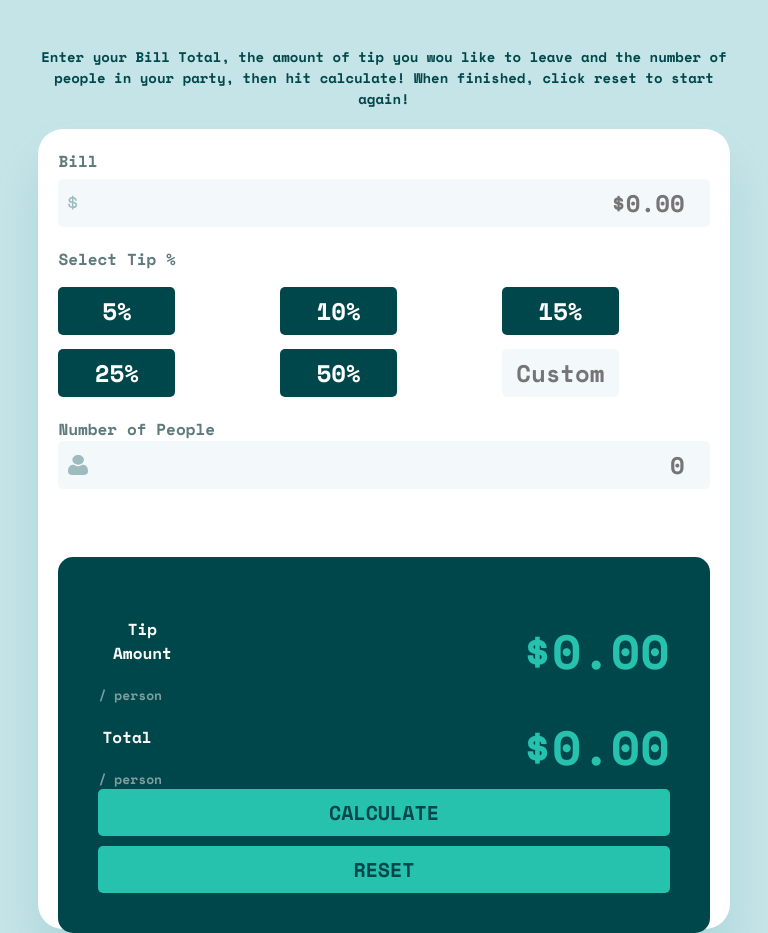
Repository: brandontaylor1/splitter
Page: index.html
An editor plug-in stored every save of this project. The page is shown before and after a run of saves, followed by the edit.
The browser window is 768 px wide. The pictures show the whole page.

Above is the page before, as saved 2025-02-07 14:14:59.

### index.html
<!DOCTYPE html>
<html lang="en">
<head>
    <meta charset="UTF-8">
    <meta name="viewport" content="width=device-width, initial-scale=1.0">
    <link rel="preconnect" href="https://fonts.googleapis.com">
    <link rel="preconnect" href="https://fonts.gstatic.com" crossorigin>
    <link href="https://fonts.googleapis.com/css2?family=Space+Mono:ital,wght@0,400;0,700;1,400;1,700&display=swap" rel="stylesheet">
    <link rel="stylesheet" href="styles.css">
    <title>Splitter | Tip Calculator</title>
</head>
<body>
    <img src="./assets/images/logo.svg" id="logo-image" alt="logo image">
    <h1 class="error-message" id="form-error"></h1>
    <h3>Enter your Bill Total, the amount of tip you wou like to leave and the number of people in your party, then hit calculate! When finished, click reset to start again!</h3>
    <main class="container">
        <form>
            <div class="left-column">
                <div class="bill-input">
                    <div class="bill-titles">
                        <h2>Bill</h2>
                        <p class="error-message" id="bill-error"></p>
                    </div>
                    <div class="bill-input-with-icon">
                        <input type="number" min="0.00" max="10000.00" id="bill-input" placeholder="$0.00">
                    </div>
                </div>
                <div class="tip-input">
                    <div class="tip-titles">
                        <h2 id="select-tip-title">Select Tip %</h2>
                        <p class="error-message" id="tip-error"></p>
                    </div>
                    <div class="tip-buttons">
                        <button type="button" class="tip-button" value=".05">5%</button>
                        <button type="button" class="tip-button" value=".10">10%</button>
                        <button type="button" class="tip-button" value=".15">15%</button>
                        <button type="button" class="tip-button" value=".25">25%</button>
                        <button type="button" class="tip-button" value=".50">50%</button>
                        <input type="text" id="custom-tip" placeholder="Custom">
                    </div>
                </div>
                <div class="number-of-people-input">
                    <div class="people-titles">
                        <h2 id="number-of-people-title">Number of People</h2>
                        <p class="error-message" id="people-error"></p>
                    </div>
                    <div class="person-input-with-icon">
                        <input type="number" id="number-of-people-input" placeholder="0">
                    </div>
                </div>
            </div>
        </form>
        <div class="right-column">
                <div class="info-container">
                    <div class="tip-calculations">
                        <div class="tip-amount">
                            <div class="info">
                                <h3>Tip Amount</h3>
                                <p>/ person</p>
                            </div>
                            <div class="amount">
                                <h1 id="tip-amount">$0.00</h1>
                            </div>
                        </div>
                        <div class="total">
                            <div class="info">
                                <h3>Total</h3>
                                <p>/ person</p>
                            </div>
                            <div class="amount">
                                <h1 id="total-amount">$0.00</h1>
                            </div>
                        </div>
                    </div>
                    <div class="button-container">
                        <button type="button" id="calculate-button">
                            CALCULATE
                        </button>
                        <button type="button" id="reset-button">
                            RESET
                        </button>
                    </div>
        </div>
    </main>

    <script src="index.js"></script>
</body>
</html>

### styles.css
* {
    box-sizing: border-box;
    margin: 0;
    padding: 0;
}

:root {
    --background-color: #C5E4E7;
    --input-button-color: #00474B;
    --primary-white: #fff;
    --calculated-numbers-color: #26C2AE;
    --input-title-color: #5E7A7D;
    --input-background-color: #F3F9FA;
    --input-icon-color: #9EBBBD;
    --title-text-color: #3D6666;
    --custom-input-color: #547878;
}

/* UTILITY CLASSES */
.space-mono-regular {
    font-family: "Space Mono", serif;
    font-weight: 400;
    font-style: normal;
  }

  .space-mono-bold {
    font-family: "Space Mono", serif;
    font-weight: 700;
    font-style: normal;
  }

  .space-mono-regular-italic {
    font-family: "Space Mono", serif;
    font-weight: 400;
    font-style: italic;
  }

  .space-mono-bold-italic {
    font-family: "Space Mono", serif;
    font-weight: 700;
    font-style: italic;
  }


body {
    background-color: #C5E4E7;
    height: 100vh;
    width: 100%;
    display: flex;
    flex-direction: column;
    justify-content: center;
    align-items: center;
    font-family: "Space Mono", monospace;
}

#logo-image {
    margin: 50px 0;
}

h3 {
    width: 70%;
    text-align: center;
    color: #00474B;
    font-size: 16px;
    font-weight: 700;
    margin: 20px 0;
}

.container {
    background-color: var(--primary-white);
    width: 920px;
    height: 481px;
    border-radius: 25px;
    box-shadow: 0px 32px 43px 0px rgba(79, 166, 175, 0.20);
    display: grid;
    gap: 48px;
    grid-template-columns: 1fr 1fr;
    padding: 32px;
}

.left-column {
    display: flex;
    flex-direction: column;
    justify-content: space-between;
    width: 100%;
    height: 100%;
}

.right-column {
    grid-column: 2 / 3;
    width: 100%;
    height: 100%;
    border-radius: 15px;
    background-color: var(--input-text-color);
}

input {
    height: 48px;
    width: 100%;
    padding: 10px;
    display: flex;
    flex-direction: row;
    justify-content: space-between;
    background-color: var(--input-background-color);
    border: none;
    border-radius: 5px;
    margin-bottom: 20px;
}

.person-input-with-icon input{
    width: 100%;
    font-family: "Space Mono", monospace;
    font-size: 24px;
    color: #00474B;
    font-weight: 600;
    background-image: url("./assets/images/icon-person.svg");
    background-repeat: no-repeat;
    background-position: 10px center;
    background-size: 20px 20px;
    text-align: right;
}

#bill-input {
    width: 100%;
    font-family: "Space Mono", monospace;
    font-size: 24px;
    font-weight: 600;
}

#number-of-people-input {
    width: 100%;
    font-family: "Space Mono", monospace;
    font-size: 24px;
    color: #00474B;
    font-weight: 600;
}

.bill-input-with-icon input {
    width: 100%;
    font-family: "Space Mono", monospace;
    font-size: 24px;
    color: #00474B;
    font-weight: 600;
    background-image: url("./assets/images/icon-dollar.svg");
    background-repeat: no-repeat;
    background-position: 10px center;
    background-size: auto 15px;
    text-align: right;
}

.bill-input h2 {
    font-size: 16px;
    color: var(--input-title-color);
    margin-bottom: 6px;
}

.tip-buttons {
    display: grid;
    grid-template-columns: repeat(3, 1fr);
    grid-template-rows: auto;
    gap: 14px;
}

#select-tip-title {
    color: #5E7A7D;
    font-size: 16px;
    margin-bottom: 16px;
}

.tip-button {
    width: 117px;
    height: 48px;
    flex-shrink: 0;
    border: none;
    border-radius: 5px;
    background-color: #00474B;
    color: var(--primary-white);
    font-family: "Space Mono", monospace;
    font-size: 24px;
    font-weight: 600;
}


.tip-button:hover {
    background-color: #26C2AE;
    color: #00474B;
}

.active {
    background-color: #26C2AE;
    color: #00474B;
}

.disabled {
    background-color: #00474B;
    color: #5E7A7D;
    opacity: .5;
}

#custom-tip {
    width: 117px;
    height: 48px;
    flex-shrink: 0;
    text-align: center;
    font-size: 24px;
    font-weight: 600;
    font-family: "Space Mono", monospace;
}


#number-of-people-title {
    color: #5E7A7D;
    font-size: 16px;
}


.right-column {
    background-color: #00474B;
    padding: 40px;
    display: flex;
    flex-direction: column;
    justify-content: space-between;
}

.info-container {
    display: flex;
    flex-direction: column;
    justify-content: space-between;
    height: 100%;

}

.tip-amount, .total {
    display: flex;
    flex-direction: row;
    justify-content: space-between;
    align-items: center;
    color: var(--primary-white);
}

.amount {
    color: #26C2AE;
    font-size: 24px;
    font-family: "Space Mono", monospace;
}

.info h3 {
    font-size: 16px;
    color: var(--primary-white);
}

.info p {
    font-size: 13px;
    color: #7F9D9F;
    font-family: "Space Mono", monospace;
    font-weight: 700;
}

.button-container {
    display: flex;
    flex-direction: column;


}

#calculate-button   {
    padding: 9px 40px;
    text-align: center;
    border: none;
    cursor: pointer;
    background-color: #26C2AE;
    color: #00474B;
    border-radius: 5px;
    font-size: 20px;
    font-weight: 600;
    font-family: "Space Mono", monospace;
    margin-bottom: 10px;
}

#reset-button {
    padding: 9px 40px;
    text-align: center;
    border: none;
    cursor: pointer;
    background-color: #26C2AE;
    color: #00474B;
    border-radius: 5px;
    font-size: 20px;
    font-weight: 600;
    font-family: "Space Mono", monospace;
}

.error-message {
    color: red;
    font-size: 10px;
}

.bill-titles, .people-titles, .tip-titles {
    display: flex;
    flex-direction: row;
    justify-content: space-between;
    align-items: center;
}

#form-error {
    font-size: 18px;
}

@media screen and (max-width: 852px) {

    h3 {
        width: 90%;
        text-align: center;
        color: #00474B;
        font-size: 14px;
        font-weight: 700;
        margin: 20px 0;
    }

    .container {
        width: 90%;
        height: 100%;
        display: flex;
        flex-direction: column;
        justify-content: space-between;
        padding: 20px;
    }

    .right-column {
        grid-column: 1 / 2;
        width: 100%;
        height: 100%;
        border-radius: 15px;
        background-color: var(--input-text-color);
    }

    .left-column {
        display: flex;
        flex-direction: column;
        justify-content: space-between;
        flex-wrap: wrap;
        width: 100%;
        height: 100%;
    }

    .right-column {
        background-color: #00474B;
        padding: 40px;
        display: flex;
        flex-direction: column;
        justify-content: space-between;
    }

    .info-container {
        display: flex;
        flex-direction: column;
        justify-content: space-between;
        height: 100%;
    }

    .tip-amount, .total {
        display: flex;
        flex-direction: row;
        justify-content: space-between;
        align-items: center;
        color: var(--primary-white);
    }

    .amount {
        color: #26C2AE;
        font-size: 24px;
        font-family: "Space Mono", monospace;
    }

    .info h3 {
        font-size: 16px;
        color: var(--primary-white);
    }

    .info p {
        font-size: 13px;
        color: #7F9D9F;
        font-family: "Space Mono", monospace;
        font-weight: 700;
    }

    .button-container {
        display: flex;
        flex-direction: column;
    }

    #calculate-button   {
        padding: 9px 40px;
        text-align: center;
        border: none;
        cursor: pointer;
        background-color: #26C2AE;
        color: #00474B;
        border-radius: 5px;
        font-size: 20px;
        font-weight: 600;
        font-family: "Space Mono", monospace;
        margin-bottom: 10px;
    }

    #reset-button {
        padding: 9px 40px;
        text-align: center;
        border: none;
        cursor: pointer;
        background-color: #26C2AE;
    }
}

### index.js
const billInput = document.querySelector("#bill-input");
const peopleInput = document.querySelector("#number-of-people-input");
const tipAmountElement = document.getElementById("tip-amount");
const totalAmountElement = document.getElementById("total-amount");
const tipButtons = document.querySelectorAll('.tip-button')

const calculateBtn = document.querySelector("#calculate-button");
const resetBtn = document.querySelector("#reset-button");
const formError = document.querySelector('#form-error')
const peopleError = document.querySelector("#people-error");
const billError = document.querySelector('#bill-error')
const tipError = document.querySelector('#tip-error')

let billAmount = 0
let tipPercentage = 0
let numberOfPeople = 0

tipButtons.forEach(button => {
    button.addEventListener('click', () => {
        if(button.classList.contains('active')) {
            button.classList.remove('active')
        } else {
            button.classList.add('active')
        }
        tipPercentage = button.value
        console.log(tipPercentage)
    })
})

function validateAmount(input) {
    if(!isNaN(input) && input !== "" && input > 0) {
        const dollarAmount = parseFloat(input);
        billAmount = dollarAmount;
    } else {
        console.log("Invalid input. Please enter a valid number");
        billError.textContent = "Please enter a valid number";
    }
}

function validatePeople(input) {
    if(!isNaN(input) && input !== "" && input > 0) {
        const people = parseFloat(input);
        numberOfPeople = people;
        console.log(numberOfPeople)
    } else {
        console.log("Invalid input. Please enter a valid number");
        peopleError.textContent = "Please enter a valid number";
    }
}

function calculateTipAmount(bill, tipCalculated, people) {
    return (bill * tipCalculated) / people
}

function calculateTotalAmount(bill, tipAmount, people) {
    return (bill + tipAmount) / people

}

calculateBtn.addEventListener("click", () => {
    let hasError = false;

    // if(billAmount === undefined || tipPercentage === undefined || numberOfPeople === undefined) {
    //     formError.innerText = "Please fill out all fields";
    //     hasError = true;
    // }

    if (billAmount === undefined || billAmount === "" || billAmount === 0) {
        billError.innerText = "Please enter a bill amount";
        hasError = true;
        tip.innerText = "$0.00";
        total.innerText = "$0.00";
    } else {
        billError.innerText = "";
    }

    if (tipPercentage === undefined || tipPercentage === "" || tipPercentage === 0) {
        tipError.innerText = "Please select a tip percentage";
        hasError = true;
        tip.innerText = "$0.00";
        total.innerText = "$0.00";
    } else {
        tipError.innerText = "";
    }

    if (numberOfPeople === undefined || numberOfPeople === "" || numberOfPeople === 0) {
        peopleError.innerText = "Please enter a valid number";
        hasError = true;
        tip.innerText = "$0.00";
        total.innerText = "$0.00";
    } else {
        peopleError.innerText = "";
    }


    const tipAmount = calculateTipAmount(billAmount, tipPercentage, numberOfPeople)
    const totalAmount = calculateTotalAmount(billAmount, tipAmount, numberOfPeople)

    tipAmountElement.innerText = `$${tipAmount.toFixed(2)}`;
    totalAmountElement.innerText = `$${totalAmount.toFixed(2)}`;

    calculateBtn.disabled = true;

})

resetBtn.addEventListener("click", () => {
    billInput.value = ""
    peopleInput.value = ""
    tipAmount = 0
    totalBill = 0
    tipAmountElement.innerText = "$0.00"
    totalAmountElement.innerText = "$0.00"
    tipButtons.forEach(button => {
        button.classList.remove('active')
    })
    tipPercentage = 0
    billAmount = 0
    numberOfPeople = 0
    formError.innerText = ""
    billError.innerText = ""
    tipError.innerText = ""
    peopleError.innerText = ""

    calculateBtn.disabled = false

})

billInput.addEventListener("input", () => {
    console.log(billInput.value);
    validateAmount(billInput.value);
})

peopleInput.addEventListener("input", () => {
    console.log(peopleInput.value);
    validatePeople(peopleInput.value);
})

After the next 4 saves:
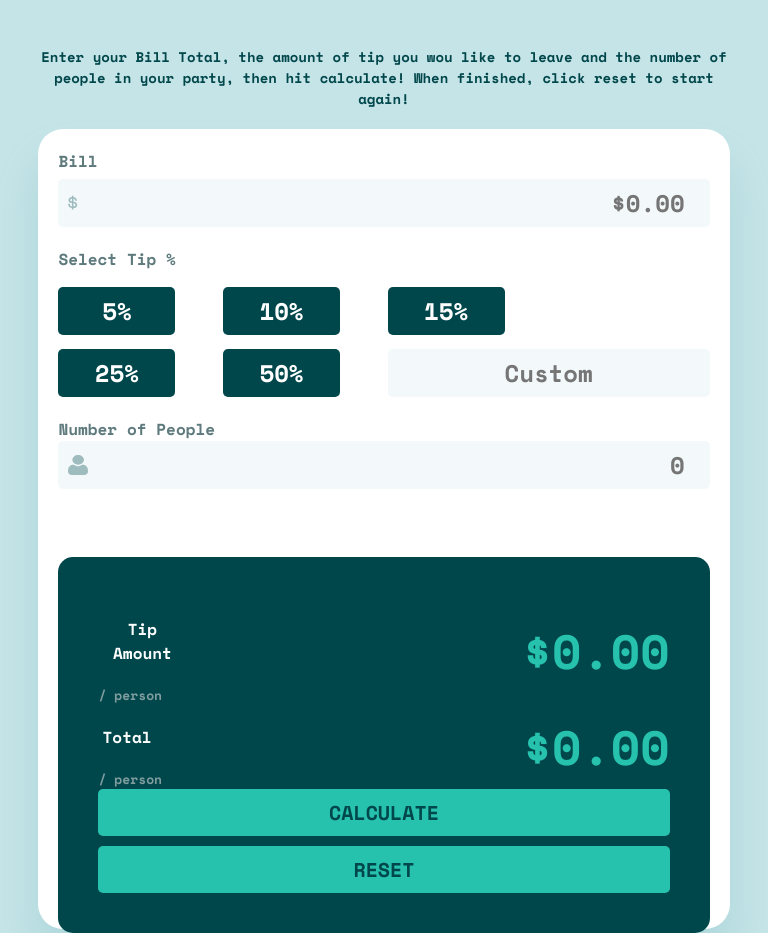
The 4 saves are shown as one change because they came seconds apart.
The last was saved 49 s later.
--- a/styles.css
+++ b/styles.css
@@ -365,6 +365,13 @@ input {
         align-items: center;
         color: var(--primary-white);
     }
+
+    #custom-tip {
+        width: auto;
+        height: 48px;
+    }
+
+
 
     .amount {
         color: #26C2AE;
